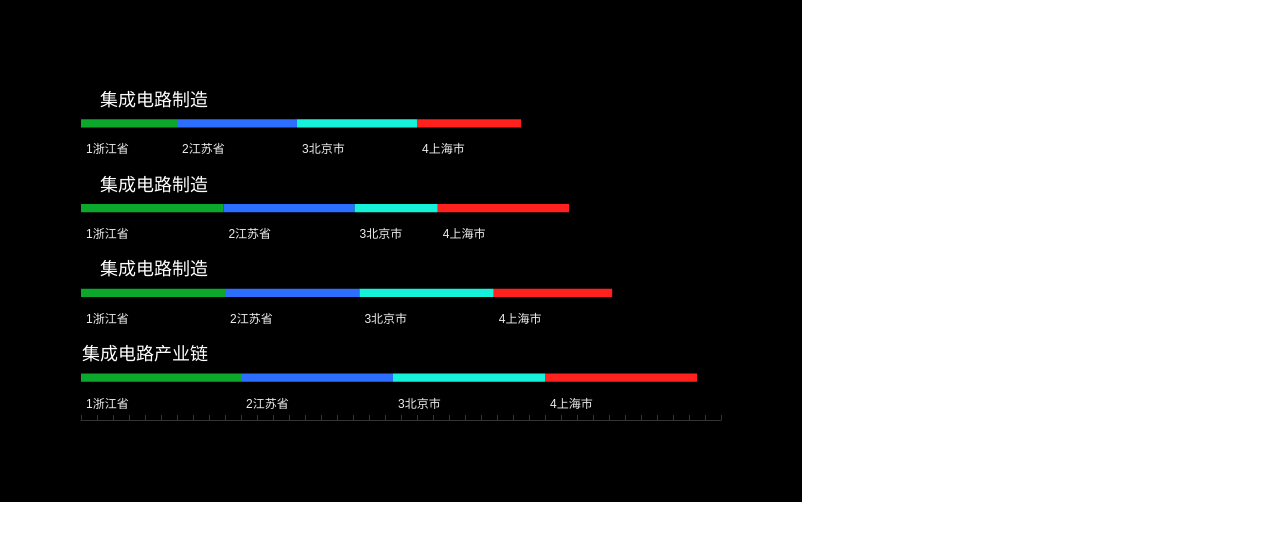
Repository: 572031690/echartproj
Page: /#/test
An editor plug-in stored every save of this project. The page is shown before and after the next save, followed by the edit.
The browser window is 1280 px wide. The pictures show the whole page.
The project was rebuilt for these pictures with package versions that can differ from the ones it lists, and the page was loaded fresh each time. Also part of the build but not shown: vue.config.js, src/components/Seller.vue, src/views/SellerPage.vue, src/utils/theme_utils.js, src/components/Trend.vue, src/views/TrendPage.vue, src/utils/map_utils.js, src/components/Map.vue and 9 more.

Above is the page before, as saved 2021-08-03 12:48:39.

After the next save:
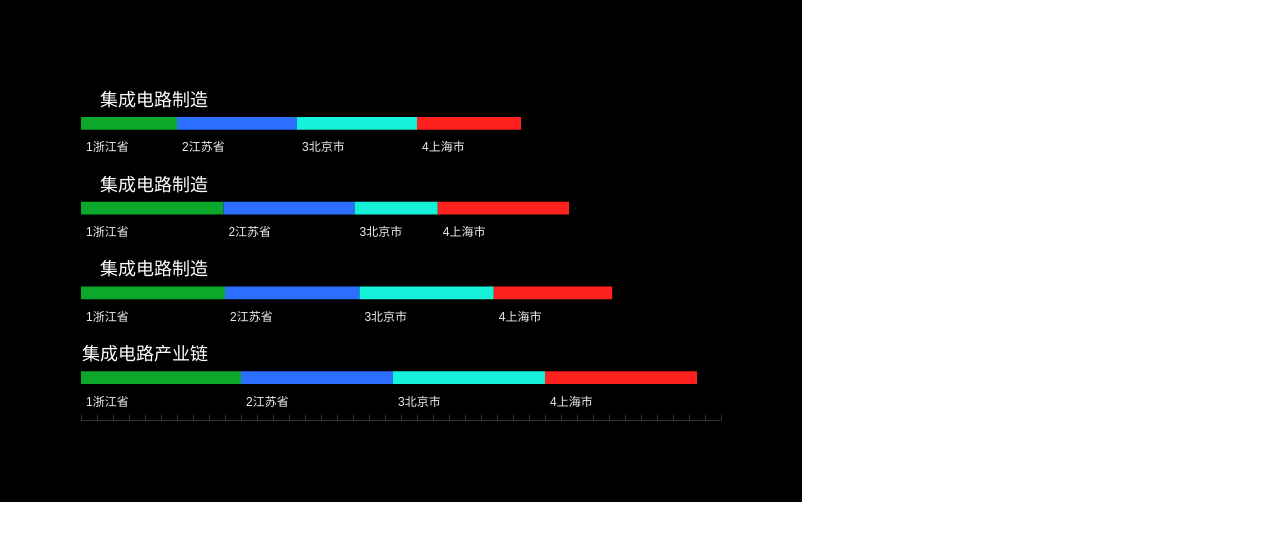
Saved 5 s later.
--- a/src/components/Test.vue
+++ b/src/components/Test.vue
@@ -92,7 +92,7 @@ export default {
           return {
             name: item.data[index].name,
             stack: '类1',
-            barWidth: '10%', // 宽度
+            barWidth: '15%', // 宽度
             itemStyle: {
               color: arg => {
                 return colorArr1[arg.componentIndex]
